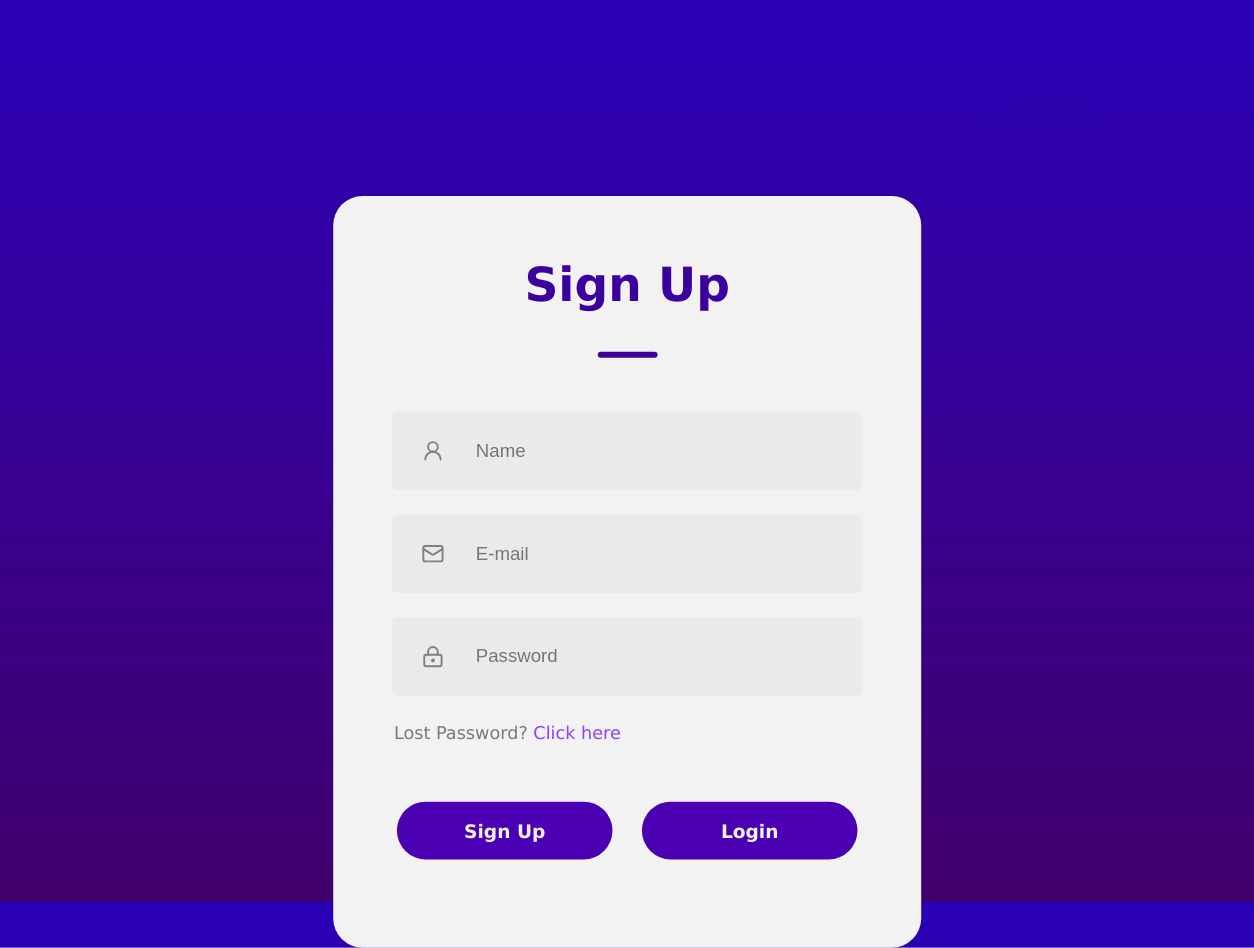
Repository: guilhermecardoso93/login-page
Page: /
These files come from the project's save history. The page is drawn as it stood at one moment and after the next save; the edit follows.
The browser window is 1280 px wide. The pictures show the whole page, at 98% of full size.
The project was rebuilt for these pictures with package versions that can differ from the ones it lists, and the page was loaded fresh each time. Also part of the build but not shown: vite.config.js.

Above is the page before, as saved 2024-10-22 19:38:06.

After the next save:
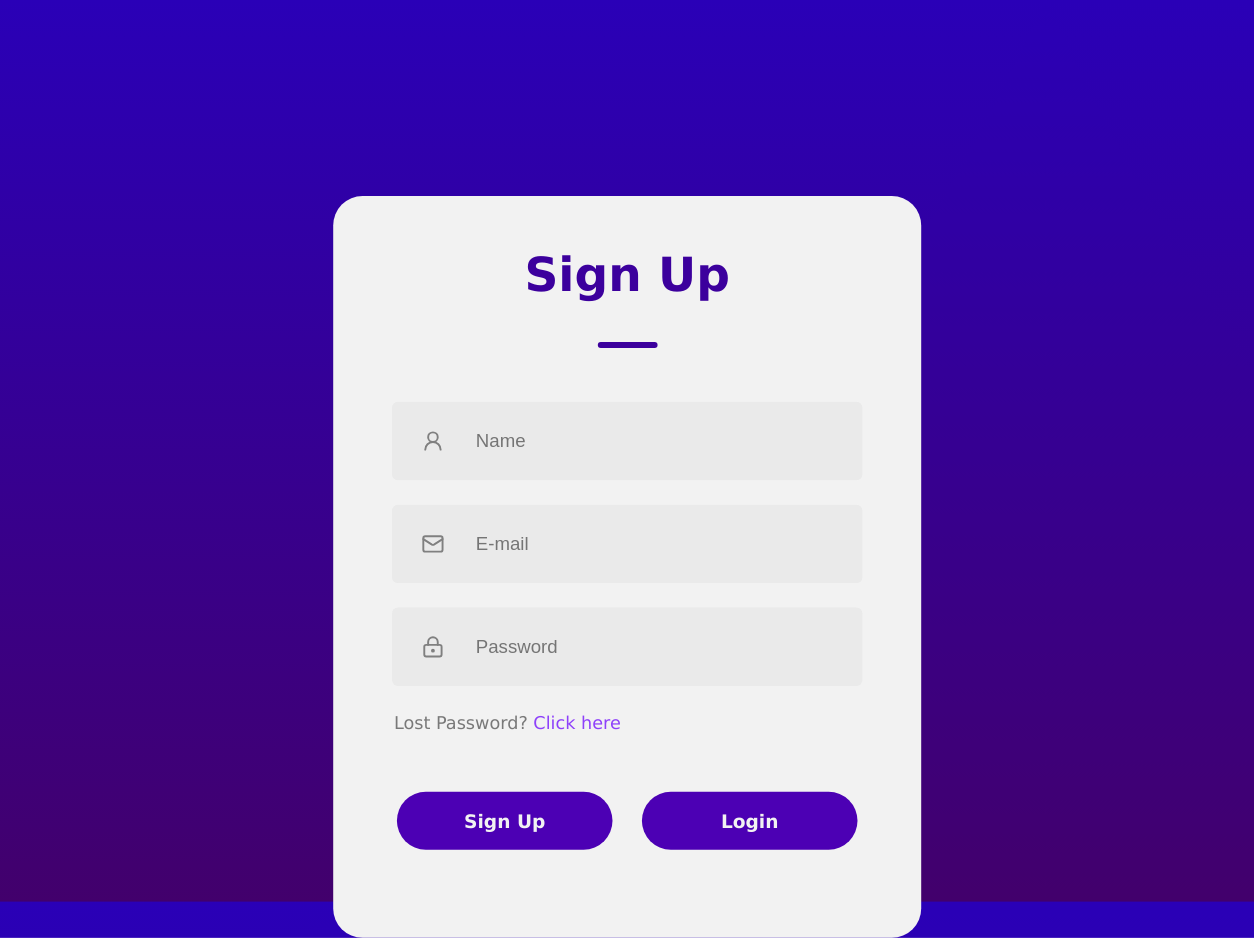
Saved 25 s later.
--- a/src/components/Login/Login.css
+++ b/src/components/Login/Login.css
@@ -15,7 +15,7 @@ header {
   align-items: center;
   gap: 9px;
   width: 100%;
-  margin-top: 30px;
+  margin-top: 20px;
 }
 
 header h1 {
